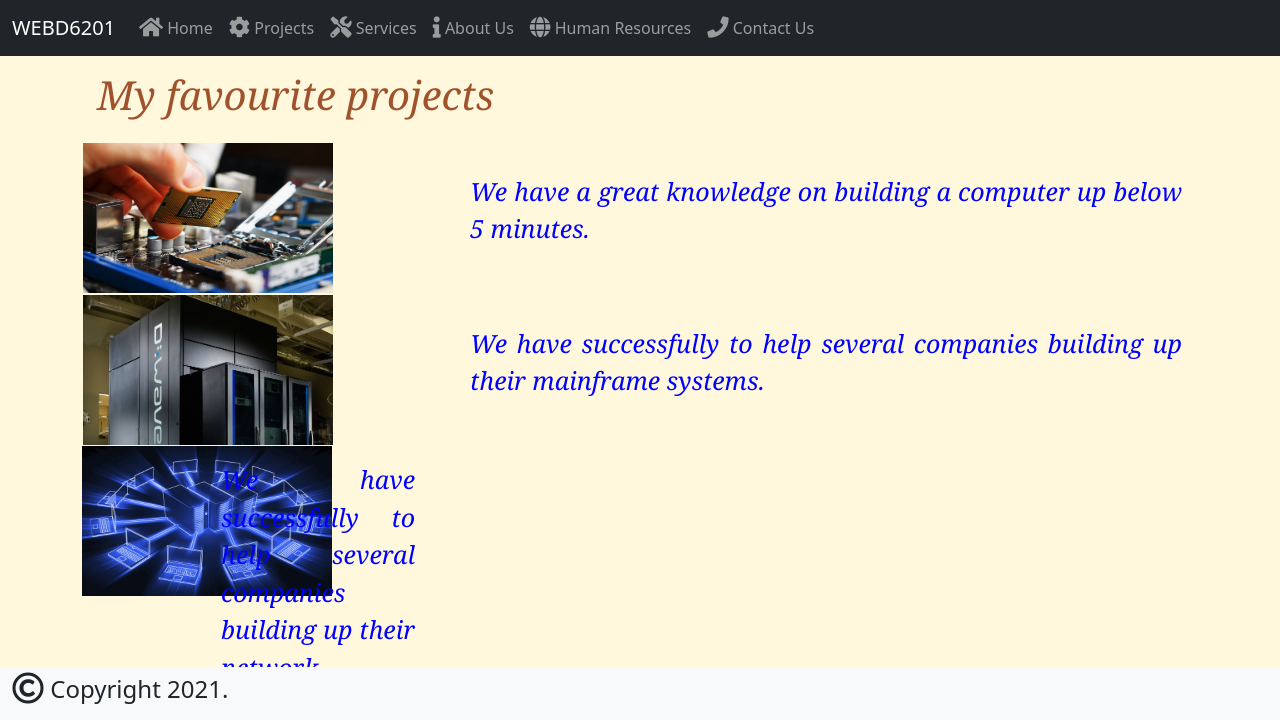
Repository: YiuWingLau/WEBD6201-W2021-Lab1
Page: projects.html
The author's editor kept a copy of each file at every save. The page is drawn from the files as they stood at one save, then again after the next save.
The browser window is 1280 px wide. The pictures show the whole page.

Above is the page before, as saved 2021-02-04 21:53:48.

### projects.html
<!DOCTYPE html>
<html lang="en">
<head>
    <meta charset="UTF-8">
    <meta name="viewport" content="width=device-width, initial-scale=1.0">
    <title>Projects</title>

    <!--CSS Section -->
    <link rel="stylesheet" href="./node_modules/bootstrap/dist/css/bootstrap.min.css">
    <link rel="stylesheet" href="./node_modules/@fortawesome//fontawesome-free/css/all.min.css">
    <link rel="stylesheet" href="./Content/app.css">
</head>
<body>
    <!-- Main Header-->
    <header>
      <!-- Main Navigation-->
      <nav class="navbar navbar-expand-lg navbar-dark bg-dark">
          <div class="container-fluid">
            <a class="navbar-brand" href="index.html">WEBD6201</a>
            <button class="navbar-toggler" type="button" data-bs-toggle="collapse" data-bs-target="#navbarSupportedContent" aria-controls="navbarSupportedContent" aria-expanded="false" aria-label="Toggle navigation">
              <span class="navbar-toggler-icon"></span>
            </button>
            <div class="collapse navbar-collapse" id="navbarSupportedContent">
              <ul class="navbar-nav me-auto mb-2 mb-lg-0">

                <li id="navBarIndex" class="nav-item">
                  <a class="nav-link" aria-current="page" href="index.html"><i class="fas fa-home fa-lg"></i> Home</a>
                </li>

                <li id="navBarProjects" class="nav-item">
                  <a class="nav-link active" aria-current="page" href="products.html"><i class="fas fa-cog fa-lg"></i> Products</a>
                </li>

                <li id="navBarServices" class="nav-item">
                  <a class="nav-link" aria-current="page" href="services.html"><i class="fas fa-tools fa-lg"></i> Services</a>
                </li>

                <li id="navBarAboutUs" class="nav-item">
                  <a class="nav-link" aria-current="page" href="about.html"><i class="fas fa-info fa-lg"></i> About Us</a>
                </li>

                <li id="navBarContactUs" class="nav-item">
                  <a class="nav-link" aria-current="page" href="contact.html"><i class="fas fa-phone fa-lg"></i> Contact Us</a>
                </li>

              </ul>
            </div>
          </div>
      </nav>
    </header>
    <!-- Main Content -->
    <main class="container">
    </main>

    <!-- Main Footer -->
    <footer>
        <nav class="navbar fixed-bottom navbar-light bg-light">
            <div class="container-fluid">
              <h4><i class="far fa-copyright fa-lg"></i> Copyright 2021.</a></h4>
            </div>
        </nav>
    </footer>
    <!-- JavaScript Section -->
    <script src="./node_modules/jquery/dist/jquery.min.js"></script>
    <script src="./node_modules/bootstrap/dist/js/bootstrap.bundle.min.js"></script>
    <script src="./Scripts/app.js"></script>
</body>
</html>

### Content/app.css
h1 {
    padding: 15px;
    color: sienna;
    font-family: Cambria, Cochin, Georgia, Times, 'Times New Roman', serif;
    font-style: italic;
}

p {
    padding: 15px;
    color: blue;
    font-family:Cambria, Cochin, Georgia, Times, 'Times New Roman', serif;
    font-style: italic;
    font-size: 25px;
    text-align: justify;
}

body {
    background-color: cornsilk;
}

#homePicture {
    width: 1000px;
    height: 600px;
}

#favImage {

    width: 250px;
    height: 150px;
}

### Scripts/app.js
/* custom JavaScript goes here */

//IIFE - Immediately Invoked Function Expression
//AKA - Anonymous Self-Executing Function
//Closure - limits scope leak

"use strict";

(function()
{
    function displayHome()
    {
      // create heading element
      let homeHeading = document.createElement("h1");
      // configure the element
      homeHeading.setAttribute("id", "homeHeading");
      homeHeading.textContent = "Welcome to WEBD6201";
      // select the parent element
      let mainContent = document.getElementsByTagName("main")[0];
      // Add / Insert the element
      mainContent.appendChild(homeHeading);

      // inject the background image to the home pageinject the background image to the home page
        let myhomebackground = document.createElement("img");
        myhomebackground.setAttribute("id", "homePicture");
        myhomebackground.setAttribute("src", "./images/homepagebackground.jpg");
        myhomebackground.setAttribute("alt", "Computer Programmer");
        mainContent.appendChild(myhomebackground);

        // inject the first paragraph to the home page
        let newParagraph = document.createElement("p");
        newParagraph.setAttribute("id", "paragraphTwo");
        newParagraph.textContent = "We provide the best programming service for you...";
        mainContent.appendChild(newParagraph);
    }

    function displayAbout()
    {
        //create new element Human Resources
        let myPicture = document.createElement("img");
        myPicture.setAttribute("id", "myImage");
        myPicture.setAttribute("src", "./images/img_me.jpg");
        myPicture.setAttribute("alt", "Nelson Lau");
        myPicture.setAttribute("width", "192");
        myPicture.setAttribute("height", "108");

        // Step 1. document.createElement
        let ParagraphOne = document.createElement("p");
        // Step 2. configure the element
        ParagraphOne.setAttribute("id", "myIntroduction");
        ParagraphOne.textContent = "Here are my favourite projects.";
        // Step 3. select the parent element
        let mainContent = document.getElementsByTagName("main")[0];
        mainContent.appendChild(myPicture);
        // Step 4. Add / Insert the element
        mainContent.appendChild(ParagraphOne);
        ParagraphOne.className = "fs-lg";

    }

    function displayProjects()
    {
      // create and add heading to Projects page
      let projectHeading = document.createElement("h1");
      projectHeading.setAttribute("id", "projectHeading");
      projectHeading.textContent = " My favourite projects";
      let mainContent = document.getElementsByTagName("main")[0];
      mainContent.appendChild(projectHeading);


      // create favorite projects element div tag
      let project = document.createElement("table");
      //project.setAttribute("class", "container");
      project.setAttribute("id", "project");
      mainContent.appendChild(project);

      // create & insert 1st favorite project detail
      let projectOne = document.createElement("tr");
      //projectOne.setAttribute("class", "row");
      projectOne.setAttribute("id", "projectOne");
      projectOne.innerHTML = `<td><img id="favImage" src="./images/hardware.jpg" alt="computer hardware"></td>
                              <td class="col-8"><p> We have a great knowledge on building a computer up below 5 minutes.</p></td>`;
      project.appendChild(projectOne);

      // create & insert 2nd favorite project detail
      let projectTwo = document.createElement("tr");
      //projectTwo.setAttribute("class", "row");
      projectTwo.setAttribute("id", "projectTwo");
      projectTwo.innerHTML = `<td><img id="favImage" src="./images/mainframe.jpg" alt="mainframe development"></td>
                              <td><p> We have successfully to help several companies building up their mainframe systems.</p></td>`;
      project.appendChild(projectTwo);

      // create & insert 2nd favorite project detail
      let projectThree = document.createElement("div");
      projectThree.setAttribute("class", "row");
      projectThree.setAttribute("id", "projectThree");
      projectThree.innerHTML = `<div class="row"><div class="col-4"><img id="favImage" src="./images/networking.jpg" alt="computer networking"></div>
                                <div class="col-8"><p> We have successfully to help several companies building up their network.</p></div>`;
      project.appendChild(projectThree);
    }

    function displayHumanResources()
    {

    }

    function displayServices()
    {

        // another way of injecting content
        let paragraphDiv = document.createElement("div");
        let paragraphThree = `<p id="paragraphThree" class="fs-7 fw-bold">And this is the Third Paragraph</p>`;
        paragraphDiv.innerHTML = paragraphThree;

        // insertions

        // example of inserting before a node
        // newParagraph.before(paragraphDiv);

        // example of inserting after a node
        newParagraph.after(paragraphDiv);

        // deletions

        // example of removing a single element
        //paragraphOneElement.remove();

        // example of removeChild
       // mainContent.removeChild(paragraphOneElement);
        // update / modification
        //mainContent.firstElementChild.textContent = "Welcome Home!";
    }

    function displayContact()
    {
        let messageArea = document.getElementById("messageArea");
        messageArea.hidden = true;

        // form validation
        let fullName = document.getElementById("fullName");
        fullName.addEventListener("blur", function() {
            if(fullName.value.length < 2)
            {
                fullName.focus();
                fullName.select();
                messageArea.hidden = false;
                messageArea.className = "alert alert-danger";
                messageArea.textContent = "Please enter an appropriate Name";
            }
            else
            {
                messageArea.removeAttribute("class");
                messageArea.hidden = true;
            }
        });

        let sendButton = document.getElementById("sendButton");
        sendButton.addEventListener("click", function(event){
            //event.preventDefault();

            let contact = new Contact(fullName.value, contactNumber.value, emailAddress.value);

            if(contact.serialize())
            {
              localStorage.setItem((localStorage.length + 1).toString(), contact.serialize());
            }

        });
    }

    function displayContactList()
    {
      if (localStorage.length > 0)
      {
        let contactList = document.getElementById("contactList");

        let data = "";

        for (let index = 0; index < localStorage.length; index++)
        {
          let contactData = localStorage.getItem((index + 1).toString());

          let contact = new Contact();
          contact.deserialize(contactData);

          data += `<tr>
          <th scope="row">${index + 1}</th>
          <td>${contact.FullName}</td>
          <td>${contact.ContactNumber}</td>
          <td>${contact.EmailAddress}</td>
        </tr>`;
        }

        contactList.innerHTML = data;
      }
    }

    // function to correct the wrong link and text content in navigation bar
    function changeNavBarName()
    {
        let navName = document.getElementById("navBarProjects");
        navName.innerHTML = `<a class='nav-link' aria-current='page' href='projects.html'><i class="fas fa-cog fa-lg"></i> Projects</a>`;
    }

    // function to add Human Resource element to Nav Bar between About Us and Contact Us
    function addNewNavBarElement()
    {
        //create new element Human Resources
        let newListElement = document.createElement("li");
        newListElement.setAttribute("id", "navBarHumanResources");
        newListElement.setAttribute("class", "nav-item");
        newListElement.innerHTML = `<a class='nav-link' aria-current='page' href='Human-Resources.html'><i class="fas fa-globe fa-lg"></i> Human Resources</a>`;
        // append new element after About Us
        let aboutUsListElement = document.getElementById("navBarAboutUs");
        aboutUsListElement.after(newListElement);
    }

    function Start()
    {
        console.log("App Started...");

        changeNavBarName();

        addNewNavBarElement();

        switch (document.title)
        {
          case "Home":
              displayHome();
            break;
          case "About":
              displayAbout();
            break;
          case "Projects":
              displayProjects();
            break;
          case "Human Resources":
              displayHumanResources();
            break;
          case "Services":
              displayServices();
            break;
          case "Contact":
              displayContact();
            break;
          case "Contact-List":
            displayContactList();
          break;
        }

    }

    window.addEventListener("load", Start);

})();

Loaded but not shown: node_modules/bootstrap/dist/css/bootstrap.min.css (library); node_modules/@fortawesome/fontawesome-free/css/all.min.css (library); node_modules/jquery/dist/jquery.min.js (library); node_modules/bootstrap/dist/js/bootstrap.bundle.min.js (library)

After the next save:
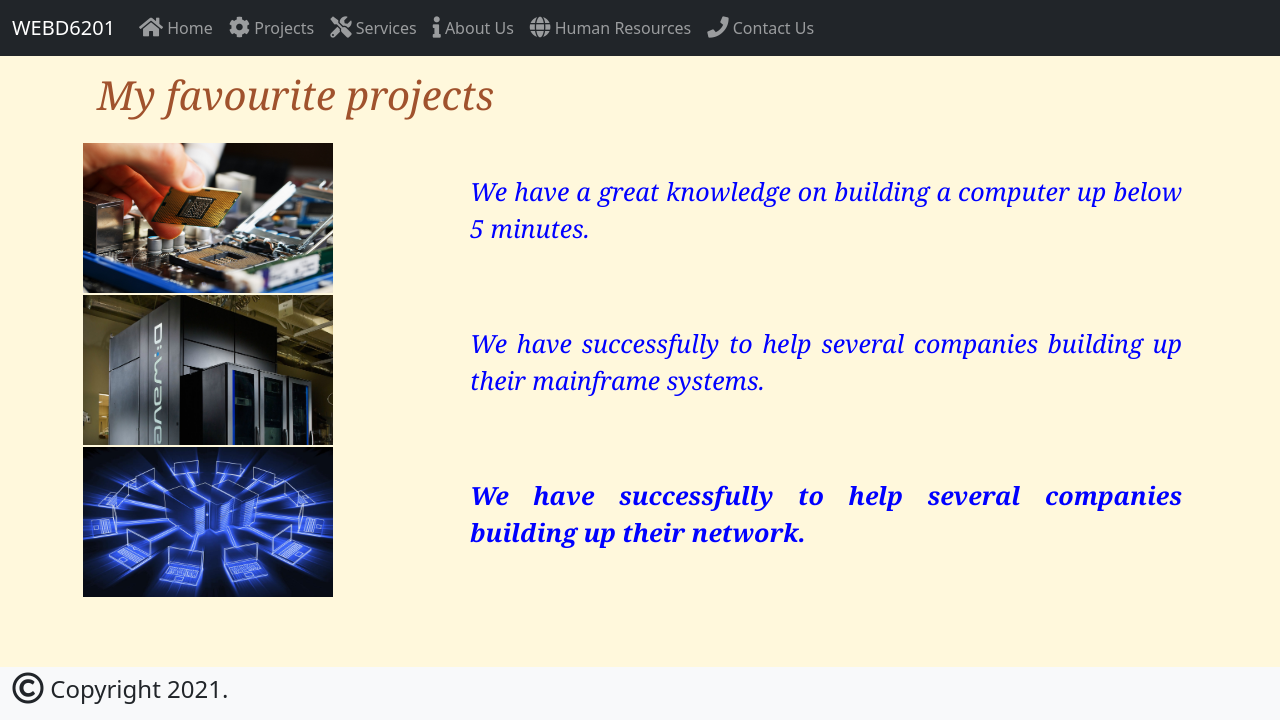
Saved 2 min 7 s later.
--- a/Scripts/app.js
+++ b/Scripts/app.js
@@ -91,11 +91,11 @@
       project.appendChild(projectTwo);
 
       // create & insert 2nd favorite project detail
-      let projectThree = document.createElement("div");
-      projectThree.setAttribute("class", "row");
+      let projectThree = document.createElement("tr");
+      //projectThree.setAttribute("class", "row");
       projectThree.setAttribute("id", "projectThree");
-      projectThree.innerHTML = `<div class="row"><div class="col-4"><img id="favImage" src="./images/networking.jpg" alt="computer networking"></div>
-                                <div class="col-8"><p> We have successfully to help several companies building up their network.</p></div>`;
+      projectThree.innerHTML = `<th><img id="favImage" src="./images/networking.jpg" alt="computer networking"></th>
+                                <th><p> We have successfully to help several companies building up their network.</p></th>`;
       project.appendChild(projectThree);
     }
 
